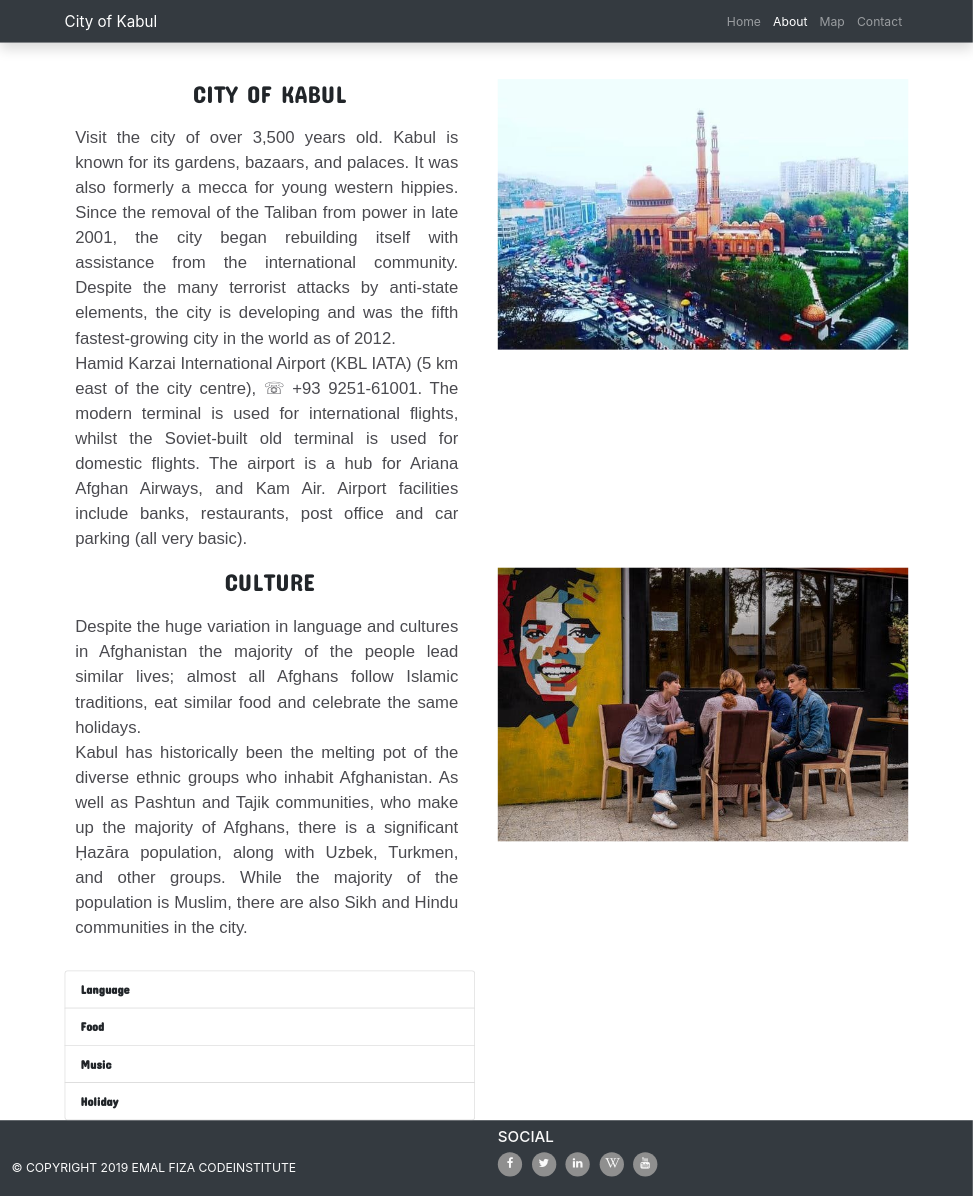
Repository: emalfiza/project-kabul
Page: about.html
The author's editor kept a record of every edit. The page is drawn from the files as they stood at one moment, then again after the next edit.
The browser window is 1280 px wide. The pictures show the whole page, at 76% of full size.
Some web fonts or font styles are not loaded; a fallback is used. Some web libraries are served in a nearby version.

Above is the page before.

### about.html
<!DOCTYPE html>
<html lang="en">

<head>
  <meta charset="UTF-8">
  <meta name="viewport" content="width=device-width, initial-scale=1.0">
  <meta http-equiv="X-UA-Compatible" content="ie=edge">
  <link rel="stylesheet" href="https://stackpath.bootstrapcdn.com/bootstrap/4.3.1/css/bootstrap.min.css" type="text/css" />
  <link rel="stylesheet" href="https://stackpath.bootstrapcdn.com/font-awesome/4.7.0/css/font-awesome.min.css" type="text/css" />
  <link rel="stylesheet" href="assets/css/style.css" type="text/css" />
  <title>City of Kabul</title>
</head>

<body>
  <header>

    <!--Navbar for the about page of city of kabul. It's a Bootstrap navbar------------------------------------------->

    <nav class="navbar navbar-expand-lg navbar-dark bg-dark static-top mb-5 shadow">
      <div class="container">
        <a class="navbar-brand" href="index.html">City of Kabul</a>
        <button class="navbar-toggler" type="button" data-toggle="collapse" data-target="#navbarResponsive" aria-controls="navbarResponsive" aria-expanded="false" aria-label="Toggle navigation">
          <span class="navbar-toggler-icon"></span>
        </button>
        <div class="collapse navbar-collapse" id="navbarResponsive">
          <ul class="navbar-nav ml-auto">
            <li class="nav-item">
              <a class="nav-link" href="index.html">Home</a>
            </li>
            <li class="nav-item active">
              <a class="nav-link" href="about.html">About
               <span class="sr-only">(current)</span>
               </a>
            </li>
            <li class="nav-item">
              <a class="nav-link" href="map.html">Map</a>
            </li>
            <li class="nav-item">
              <a class="nav-link" href="contact.html">Contact</a>
            </li>
          </ul>
        </div>
      </div>
    </nav>

  </header>

  <!------------------------------------------ Page Content -->

  <section>
    <div class="container">
      <div class="row">
        <div class="col-sm-6">
          <h2 class="section-heading uppercase">City of Kabul</h2>
          <p class="section-paragraph">
            Visit the city of over 3,500 years old. Kabul is known for its gardens, bazaars, and palaces. It was also formerly a mecca for young western hippies. Since the removal of the Taliban from power in late 2001, the city began rebuilding itself with assistance
            from the international community. Despite the many terrorist attacks by anti-state elements, the city is developing and was the fifth fastest-growing city in the world as of 2012.
            <br> Hamid Karzai International Airport (KBL IATA) (5 km east of the city centre), ☏ +93 9251-61001. The modern terminal is used for international flights, whilst the Soviet-built old terminal is used for domestic flights. The airport is a
            hub for Ariana Afghan Airways, and Kam Air. Airport facilities include banks, restaurants, post office and car parking (all very basic).
          </p>
        </div>
        <div class="col-sm-6 city-kb">
          <img src="./assets/images/city-kabul.jpeg" class="img-fluid" alt="city of Kabul tallest mosque">
        </div>
      </div>
    </div>
  </section>

  <section>
    <div class="container">
      <div class="row">
        <div class="col-sm-6">
          <h2 class="section-heading uppercase">Culture</h2>
          <p class="section-paragraph">
            Despite the huge variation in language and cultures in Afghanistan the majority of the people lead similar lives; almost all Afghans follow Islamic traditions, eat similar food and celebrate the same holidays.
            <br> Kabul has historically been the melting pot of the diverse ethnic groups who inhabit Afghanistan. As well as Pashtun and Tajik communities, who make up the majority of Afghans, there is a significant Ḥazāra population, along with Uzbek,
            Turkmen, and other groups. While the majority of the population is Muslim, there are also Sikh and Hindu communities in the city.
          </p>
        </div>
        <div class="col-sm-6 city-kb">
          <img src="./assets/images/kabul-culture.jpg" class="img-fluid" alt="Kabul traditional food">
        </div>
      </div>
    </div>
  </section>

  <section>
    <div class="container">
      <div class="row">
        <div class="col-sm-6">

          <!------------------------------------------------ Bootstrap List -->

          <ul class="list-group">
            <li class="list-group-item">Language</li>
            <li class="list-group-item">Food</li>
            <li class="list-group-item">Music</li>
            <li class="list-group-item">Holiday</li>
          </ul>

        </div>
      </div>
    </div>
  </section>

  <!------------------------------------------------ Footer -->

  <footer class="container-fluid footer">
    <div class="row">
      <div class="col-sm-6">
        <p class="uppercase general-sub special">&copy; Copyright 2019 Emal Fiza CodeInstitute</p>
      </div>
      <div class="col-sm-6">
        <h5 class="uppercase general-sub">Social</h5>
        <ul class="list-inline social-links">
          <li class="list-inline-item">
            <a target="_blank" href="#">
              <i class="fa fa-facebook" aria-hidden="true"></i>
              <span class="sr-only">Facebook</span>
            </a>
          </li>
          <li class="list-inline-item">
            <a target="_blank" href="#">
              <i class="fa fa-twitter" aria-hidden="true"></i>
              <span class="sr-only">Twitter</span>
            </a>
          </li>
          <li class="list-inline-item">
            <a target="_blank" href="#">
              <i class="fa fa-linkedin" aria-hidden="true"></i>
              <span class="sr-only">LinkedIn</span>
            </a>
          </li>
          <li class="list-inline-item">
            <a target="_blank" href="#">
              <i class="fa fa-wikipedia-w" aria-hidden="true"></i>
              <span class="sr-only">Wikipedia</span>
            </a>
          </li>
          <li class="list-inline-item">
            <a target="_blank" href="#">
              <i class="fa fa-youtube" aria-hidden="true"></i>
              <span class="sr-only">YouTube</span>
            </a>
          </li>
        </ul>
      </div>
    </div>

  </footer>
  <script src="https://code.jquery.com/jquery-3.2.1.slim.min.js" integrity="sha384-KJ3o2DKtIkvYIK3UENzmM7KCkRr/rE9/Qpg6aAZGJwFDMVNA/GpGFF93hXpG5KkN" crossorigin="anonymous"></script>
  <script src="https://cdnjs.cloudflare.com/ajax/libs/popper.js/1.12.9/umd/popper.min.js" integrity="sha384-ApNbgh9B+Y1QKtv3Rn7W3mgPxhU9K/ScQsAP7hUibX39j7fakFPskvXusvfa0b4Q" crossorigin="anonymous"></script>
  <script src="https://maxcdn.bootstrapcdn.com/bootstrap/4.0.0/js/bootstrap.min.js" integrity="sha384-JZR6Spejh4U02d8jOt6vLEHfe/JQGiRRSQQxSfFWpi1MquVdAyjUar5+76PVCmYl" crossorigin="anonymous"></script>
</body>

</html>

### assets/css/style.css
@import url('https://fonts.googleapis.com/css?family=Concert+One|Grenze&display=swap:100,200,300,400,500,600,700,800|Grenze:100,200,300,400,500,600,700,800');


/* --
,------.                  ,--.    ,------.,--.
|  .---',--,--,--. ,--,--.|  |    |  .---'`--',-----. ,--,--.
|  `--, |        |' ,-.  ||  |    |  `--, ,--.`-.  / ' ,-.  |
|  `---.|  |  |  |\ '-'  ||  |    |  |`   |  | /  `-.\ '-'  |
`------'`--`--`--' `--`--'`--'    `--'    `--'`-----' `--`--'


The bellow body css imported from the startbootstrap.com
for the full background image of the landing page---------------*/

#body {
  background: url("../images/kabul.jpg") no-repeat center center fixed;
  background-size: cover;
  -webkit-background-size: cover;
  -moz-background-size: cover;
  -o-background-size: cover;
}

/* --Navbar-----------------------------------------------------*/

.navbar-brand {
  color: #fafafa;
}

/* --Heading-----------------------------------------------------*/

.title {
  font-family: "Concert One", sans-serif;
  font-weight: bolder;
  text-align: center;
  letter-spacing: 2px;
  text-transform: uppercase;
  font-size: 60px;
  color: #fafafa;
  margin-bottom: 10px;
}

hr {
  width: 20%;
  display: block;
  margin-top: 0.5em;
  margin-bottom: 0.5em;
  margin-left: auto;
  margin-right: auto;
  border-style: double;
  border-width: 1px;
  border-radius: 2px;
  height: 2px;
  color: #fafafa;
  background-color: #fafafa;
}

.card {
  background-color: rgba(0, 0, 0, 0.3);
}

.context {
  margin-top: 14%;
}

.primary,
.lead {
  font-family: "Grenze", sans-serif;
  font-size: 22px;
  color: #fafafa;
  text-align: center;
  margin-top: 32px;
}

.lead {
  margin-top: 20px;
}

.section-heading {
  font-family: "Concert One", sans-serif;
  text-align: center;
}

/* --Main content-----------------------------------------------*/

.section-paragraph {
  font-family: "Grenze", sans-serif;
  margin: 22px 22px 22px 14px;
  text-align: justify;
  font-weight: 400;
  font-size: 22px;
  color: #4a4a4f;
}

.list-group {
  margin-top: 18px;
  padding: 0;
  font-family: "Concert One", sans-serif;
  font-weight: 600;
  color: #212529;
}

.info {
  font-family: "Concert One", sans-serif;
  color: #4a4a4f;
}

.contact {
  margin-top: 32px;
}

.message {
  width: 100%;
  height: 200px;
  border: 1px solid #ced4da;
  padding: .375rem .75rem;
  color: #495057;
  border-radius: .25rem;
}

.btn {
  margin-bottom: 22px;
}

/* --Map for the map page---------------------------------------*/

.map {
  margin: 0;
  padding: 0;
  height: 100vh;
}


/* --Form for the contact page----------------------------------*/

.form-control:focus {
  border-color: #DC3545;
  box-shadow: 0 0 0 0.2rem rgba(220,53,69,.25);
}

/* --Footer-----------------------------------------------------*/

footer {
  background-color: #343a40!important;
  color: #fafafa;
  min-height: 100px;
}

.footer {
  position: initial;
  left: 0;
  bottom: 0;
  width: 100%;
}

.uppercase {
  text-transform: uppercase;
}

/* --The font-family for the general-sub I copied from the bootsratp navbar "DevTool" of my home page
because I wanted my footer font family to match my navbar--*/

.general-sub {
  font-family: -apple-system, BlinkMacSystemFont, "Segoe UI", Roboto, "Helvetica Neue",
  Arial, "Noto Sans", sans-serif, "Apple Color Emoji", "Segoe UI Emoji", "Segoe UI Symbol", "Noto Color Emoji";
  margin-top: 10px;
}

.special {
  margin-left: 0px;
  margin-top: 50px;
}

.social-links {
  padding: 0;
}

.social-links li a i {
  position: relative;
  width: 32px;
  height: 32px;
  padding: 8px;
  border-radius: 50%;
  font-size: 15px;
  line-height: 12px;
  text-align: center;
  color: #fafafa;
  background-color: #8f8f8f;
  transition: all 0.40s ease-in-out;
  -moz-transition: all 0.40s ease-in-out;
  -webkit-transition: all 0.40s ease-in-out;
  -o-transition: all 0.40s ease-in-out;
}

.social-links li a i:hover {
  background-color: #252525;
}

After the next edit:
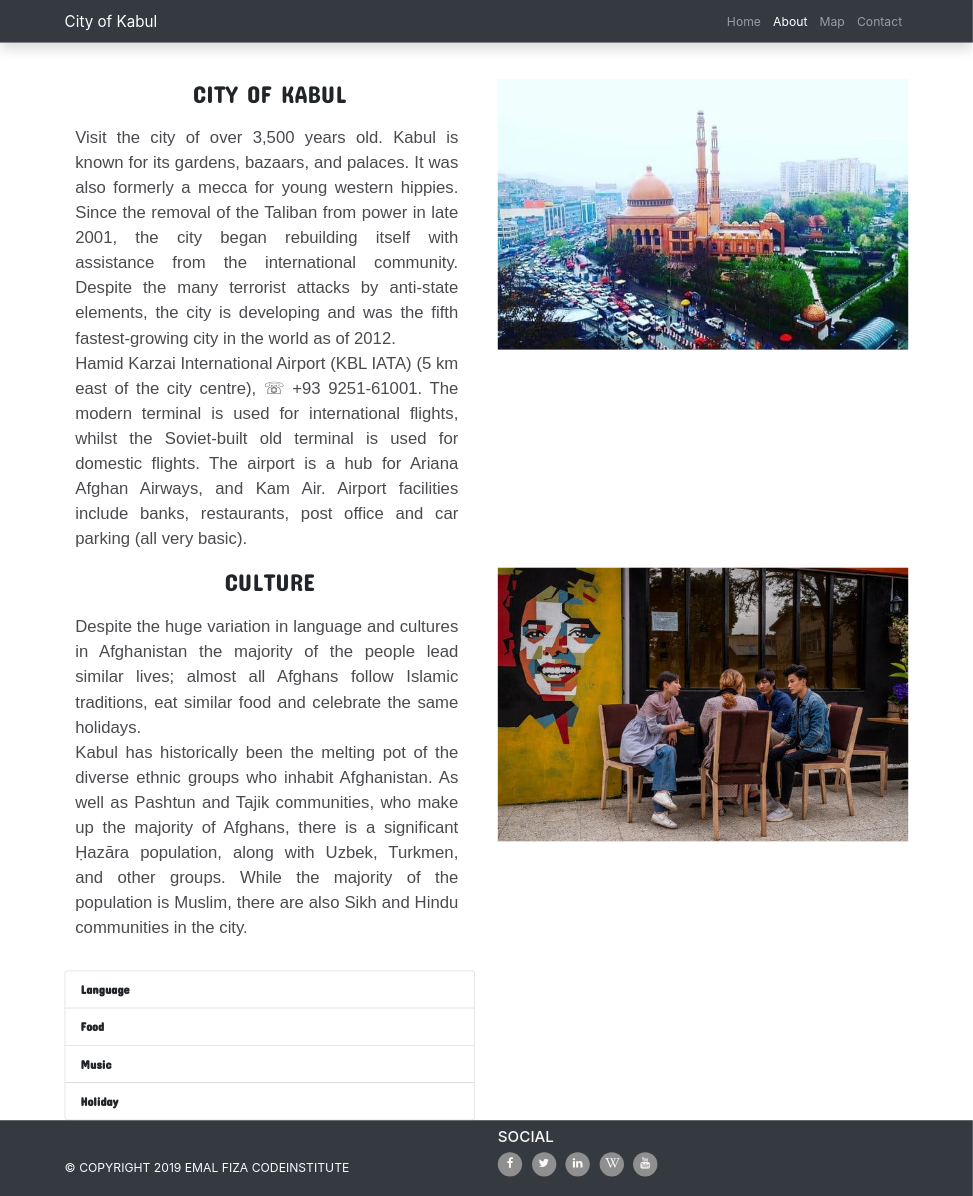
The edit:
--- a/about.html
+++ b/about.html
@@ -105,48 +105,49 @@
 
   <!------------------------------------------------ Footer -->
 
-  <footer class="container-fluid footer">
-    <div class="row">
-      <div class="col-sm-6">
-        <p class="uppercase general-sub special">&copy; Copyright 2019 Emal Fiza CodeInstitute</p>
-      </div>
-      <div class="col-sm-6">
-        <h5 class="uppercase general-sub">Social</h5>
-        <ul class="list-inline social-links">
-          <li class="list-inline-item">
-            <a target="_blank" href="#">
+ <footer class="container-fluid footer">
+    <div class="container">
+      <div class="row">
+        <div class="col-sm-6">
+          <p class="uppercase general-sub special">&copy; Copyright 2019 Emal Fiza CodeInstitute</p>
+        </div>
+        <div class="col-sm-6">
+          <h5 class="uppercase general-sub">Social</h5>
+          <ul class="list-inline social-links">
+            <li class="list-inline-item">
+              <a target="_blank" href="https://www.facebook.com/places/Things-to-do-in-Kabul-Afghanistan/102164239825190/">
               <i class="fa fa-facebook" aria-hidden="true"></i>
               <span class="sr-only">Facebook</span>
             </a>
-          </li>
-          <li class="list-inline-item">
-            <a target="_blank" href="#">
+            </li>
+            <li class="list-inline-item">
+              <a target="_blank" href="https://twitter.com/kabulnewstv">
               <i class="fa fa-twitter" aria-hidden="true"></i>
               <span class="sr-only">Twitter</span>
             </a>
-          </li>
-          <li class="list-inline-item">
-            <a target="_blank" href="#">
+            </li>
+            <li class="list-inline-item">
+              <a target="_blank" href="#">
               <i class="fa fa-linkedin" aria-hidden="true"></i>
               <span class="sr-only">LinkedIn</span>
             </a>
-          </li>
-          <li class="list-inline-item">
-            <a target="_blank" href="#">
+            </li>
+            <li class="list-inline-item">
+              <a target="_blank" href="https://en.wikipedia.org/wiki/Kabul">
               <i class="fa fa-wikipedia-w" aria-hidden="true"></i>
               <span class="sr-only">Wikipedia</span>
             </a>
-          </li>
-          <li class="list-inline-item">
-            <a target="_blank" href="#">
+            </li>
+            <li class="list-inline-item">
+              <a target="_blank" href="https://www.youtube.com/watch?v=JuWQ4T8p5m0">
               <i class="fa fa-youtube" aria-hidden="true"></i>
               <span class="sr-only">YouTube</span>
             </a>
-          </li>
-        </ul>
+            </li>
+          </ul>
+        </div>
       </div>
     </div>
-
   </footer>
   <script src="https://code.jquery.com/jquery-3.2.1.slim.min.js" integrity="sha384-KJ3o2DKtIkvYIK3UENzmM7KCkRr/rE9/Qpg6aAZGJwFDMVNA/GpGFF93hXpG5KkN" crossorigin="anonymous"></script>
   <script src="https://cdnjs.cloudflare.com/ajax/libs/popper.js/1.12.9/umd/popper.min.js" integrity="sha384-ApNbgh9B+Y1QKtv3Rn7W3mgPxhU9K/ScQsAP7hUibX39j7fakFPskvXusvfa0b4Q" crossorigin="anonymous"></script>
